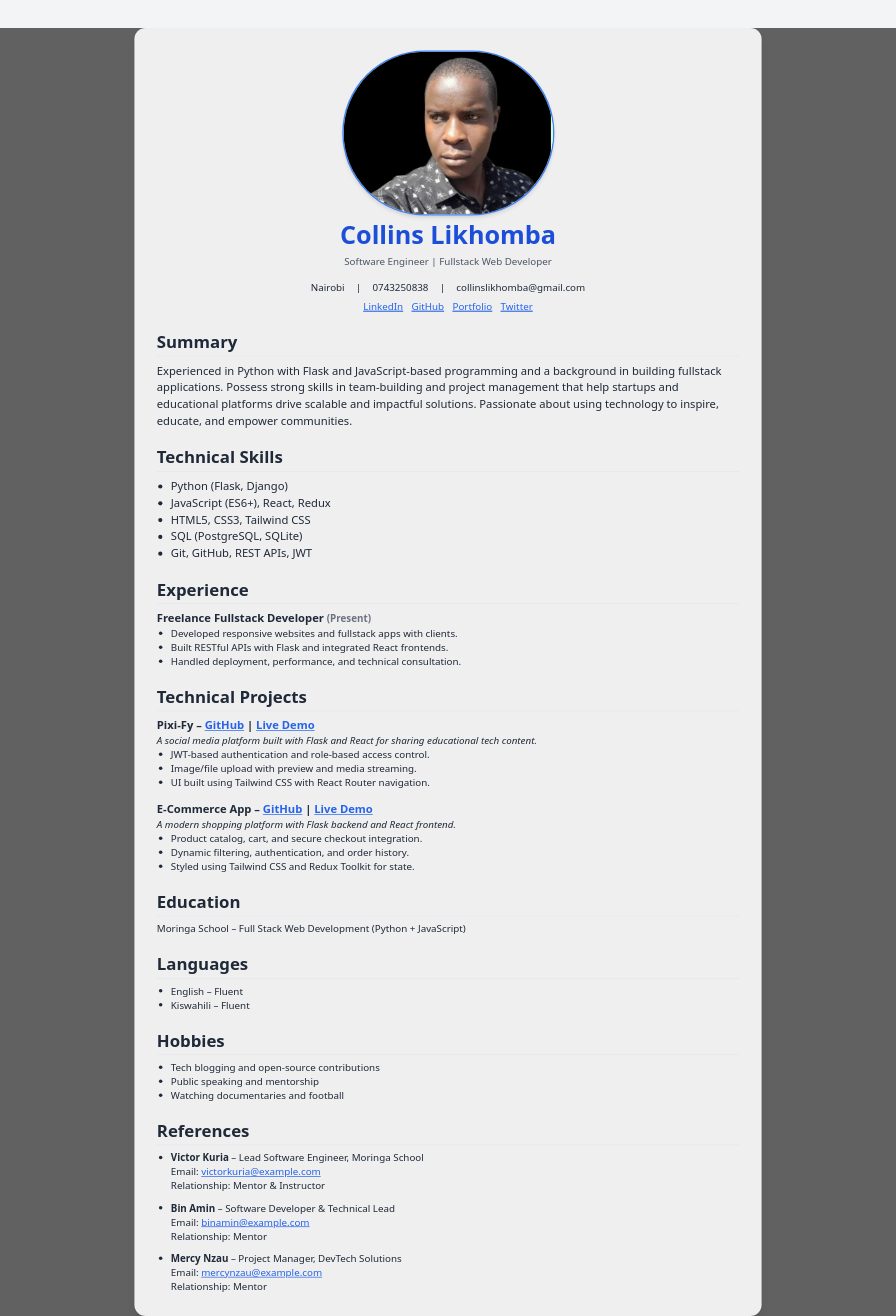
Repository: Engineer-collo/My_Cv
Page: /
An editor plug-in stored every save of this project. The page is shown before and after the next save, followed by the edit.
The browser window is 1280 px wide. The pictures show the whole page, at 70% of full size.
The project was rebuilt for these pictures with package versions that can differ from the ones it lists, and the page was loaded fresh each time. Also part of the build but not shown: vite.config.js.

Above is the page before, as saved 2025-06-24 17:49:10.

### index.html
<!DOCTYPE html>
<html lang="en">
<head>
  <meta charset="UTF-8">
  <meta name="viewport" content="width=device-width, initial-scale=1.0">
  <title>React Vite Starter</title>
</head>
<body class="bg-gray-100">
  <div id="root"></div>
  <script type="module" src="/src/main.jsx"></script>
</body>
</html>

### src/main.jsx
import React from 'react'
import ReactDOM from 'react-dom/client'
import './index.css'
import App from './App'

ReactDOM.createRoot(document.getElementById('root')).render(
  <React.StrictMode>
    <App />
  </React.StrictMode>,
)

### src/App.jsx
import React from "react";

export default function App() {
  return (
    <div className="min-h-screen relative bg-gray-100 bg-cover bg-center bg-no-repeat">
      {/* Background overlay */}
      <div className="absolute inset-0 bg-black bg-opacity-60"></div>

      {/* Main content container */}
      <div className="relative z-10 max-w-4xl mx-auto bg-white bg-opacity-90 rounded-2xl shadow-lg p-8 mt-10 text-gray-800 font-sans">
      <header className="text-center mb-6">
  <div className="flex flex-col items-center gap-2 mb-4">
    <img
      className="h-30 w-30 rounded-full object-cover border-2 border-blue-500 shadow-md"
      src="/image.png"
      alt="Engineer Collins Profile"
    />
    <h1 className="text-3xl md:text-4xl font-bold text-blue-700">
      Collins Likhomba
    </h1>
    <p className="text-sm text-gray-600">
      Software Engineer | Fullstack Web Developer
    </p>
  </div>

  <div className="flex justify-center mt-2 space-x-4 text-sm">
    <span>Nairobi</span>
    <span>|</span>
    <span>0743250838</span>
    <span>|</span>
    <span>collinslikhomba@gmail.com</span>
  </div>

  <div className="flex justify-center mt-2 flex-wrap gap-3 text-blue-600 underline text-sm">
    <a
      href="https://www.linkedin.com/in/collins-likhomba-7b364730a/"
      target="_blank"
      rel="noreferrer"
    >
      LinkedIn
    </a>
    <a
      href="https://github.com/Engineer-collo?tab=repositories"
      target="_blank"
      rel="noreferrer"
    >
      GitHub
    </a>
    <a
      href="https://portfolio-git-main-collins-likhombas-projects.vercel.app/"
      target="_blank"
      rel="noreferrer"
    >
      Portfolio
    </a>
    <a
      href="https://x.com/CollinsLikhomba"
      target="_blank"
      rel="noreferrer"
    >
      Twitter
    </a>
  </div>
</header>

        <section className="mb-6">
          <h2 className="text-2xl font-semibold border-b pb-1 mb-2">Summary</h2>
          <p>
            Experienced in Python with Flask and JavaScript-based programming and a background in building fullstack applications. Possess strong skills in team-building and project management that help startups and educational platforms drive scalable and impactful solutions. Passionate about using technology to inspire, educate, and empower communities.
          </p>
        </section>

        <section className="mb-6">
          <h2 className="text-2xl font-semibold border-b pb-1 mb-2">Technical Skills</h2>
          <ul className="list-disc pl-5">
            <li>Python (Flask, Django)</li>
            <li>JavaScript (ES6+), React, Redux</li>
            <li>HTML5, CSS3, Tailwind CSS</li>
            <li>SQL (PostgreSQL, SQLite)</li>
            <li>Git, GitHub, REST APIs, JWT</li>
          </ul>
        </section>

        <section className="mb-6">
          <h2 className="text-2xl font-semibold border-b pb-1 mb-2">Experience</h2>
          <div>
            <h3 className="font-semibold">Freelance Fullstack Developer <span className="text-sm text-gray-500">(Present)</span></h3>
            <ul className="list-disc pl-5 text-sm">
              <li>Developed responsive websites and fullstack apps with clients.</li>
              <li>Built RESTful APIs with Flask and integrated React frontends.</li>
              <li>Handled deployment, performance, and technical consultation.</li>
            </ul>
          </div>
        </section>

        <section className="mb-6">
          <h2 className="text-2xl font-semibold border-b pb-1 mb-2">Technical Projects</h2>

          {/* Pixi-Fy Project */}
          <div className="mb-4">
            <h3 className="font-semibold">
              Pixi-Fy –{" "}
              <a
                href="https://github.com/Engineer-collo/Pixi-fy"
                target="_blank"
                className="text-blue-600 underline"
                rel="noreferrer"
              >
                GitHub
              </a>
              {" | "}
              <a
                href="https://pixi-fy-hrmt.vercel.app/"
                target="_blank"
                className="text-blue-600 underline"
                rel="noreferrer"
              >
                Live Demo
              </a>
            </h3>
            <p className="text-sm italic">
              A social media platform built with Flask and React for sharing educational tech content.
            </p>
            <ul className="list-disc pl-5 text-sm">
              <li>JWT-based authentication and role-based access control.</li>
              <li>Image/file upload with preview and media streaming.</li>
              <li>UI built using Tailwind CSS with React Router navigation.</li>
            </ul>
          </div>

          {/* E-Commerce Project */}
          <div className="mb-4">
            <h3 className="font-semibold">
              E-Commerce App –{" "}
              <a
                href="https://github.com/Engineer-collo/Modern-Ecommerce-Application"
                target="_blank"
                className="text-blue-600 underline"
                rel="noreferrer"
              >
                GitHub
              </a>
              {" | "}
              <a
                href="https://modern-ecommerce-application-v2qd.vercel.app/"
                target="_blank"
                className="text-blue-600 underline"
                rel="noreferrer"
              >
                Live Demo
              </a>
            </h3>
            <p className="text-sm italic">
              A modern shopping platform with Flask backend and React frontend.
            </p>
            <ul className="list-disc pl-5 text-sm">
              <li>Product catalog, cart, and secure checkout integration.</li>
              <li>Dynamic filtering, authentication, and order history.</li>
              <li>Styled using Tailwind CSS and Redux Toolkit for state.</li>
            </ul>
          </div>
        </section>

        <section className="mb-6">
          <h2 className="text-2xl font-semibold border-b pb-1 mb-2">Education</h2>
          <p className="text-sm">Moringa School – Full Stack Web Development (Python + JavaScript)</p>
        </section>

        <section className="mb-6">
          <h2 className="text-2xl font-semibold border-b pb-1 mb-2">Languages</h2>
          <ul className="list-disc pl-5 text-sm">
            <li>English – Fluent</li>
            <li>Kiswahili – Fluent</li>
          </ul>
        </section>

        <section className="mb-6">
          <h2 className="text-2xl font-semibold border-b pb-1 mb-2">Hobbies</h2>
          <ul className="list-disc pl-5 text-sm">
            <li>Tech blogging and open-source contributions</li>
            <li>Public speaking and mentorship</li>
            <li>Watching documentaries and football</li>
          </ul>
        </section>

        <section>
          <h2 className="text-2xl font-semibold border-b pb-1 mb-2">References</h2>
          <ul className="text-sm list-disc pl-5 space-y-3">
            <li>
              <span className="font-semibold">Victor Kuria</span> – Lead Software Engineer, Moringa School<br />
              Email: <a href="mailto:victorkuria@example.com" className="text-blue-600 underline">victorkuria@example.com</a><br />
              Relationship: Mentor & Instructor
            </li>
            <li>
              <span className="font-semibold">Bin Amin</span> – Software Developer & Technical Lead<br />
              Email: <a href="mailto:binamin@example.com" className="text-blue-600 underline">binamin@example.com</a><br />
              Relationship: Mentor
            </li>
            <li>
              <span className="font-semibold">Mercy Nzau</span> – Project Manager, DevTech Solutions<br />
              Email: <a href="mailto:mercynzau@example.com" className="text-blue-600 underline">mercynzau@example.com</a><br />
              Relationship: Mentor
            </li>
          </ul>
        </section>
      </div>
    </div>
  );
}

Loaded but not shown: src/index.css (common file); tailwind.config.js (common file)

After the next save:
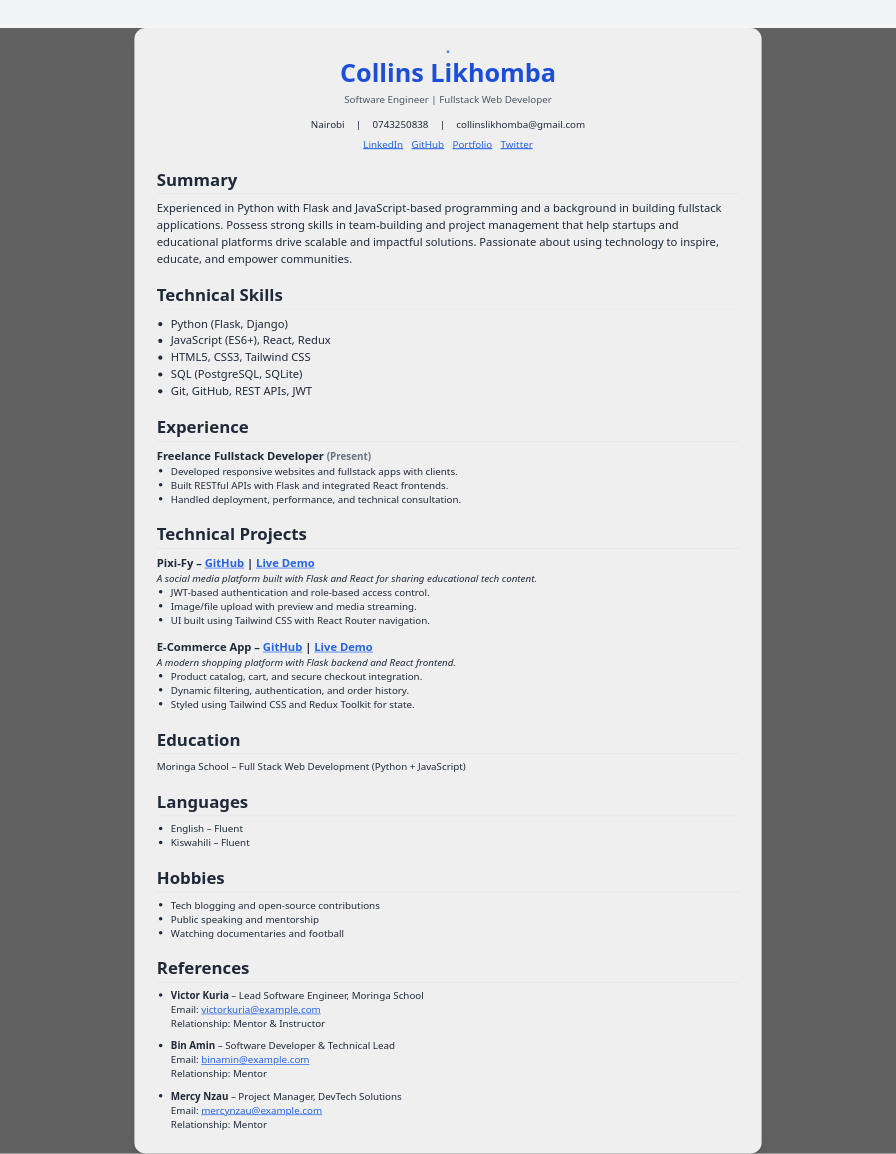
Saved 16 s later.
--- a/src/App.jsx
+++ b/src/App.jsx
@@ -11,7 +11,7 @@
       <header className="text-center mb-6">
   <div className="flex flex-col items-center gap-2 mb-4">
     <img
-      className="h-30 w-30 rounded-full object-cover border-2 border-blue-500 shadow-md"
+      className="h-30 w-0 rounded-full object-cover border-2 border-blue-500 shadow-md"
       src="/image.png"
       alt="Engineer Collins Profile"
     />

After the 3 saves that followed:
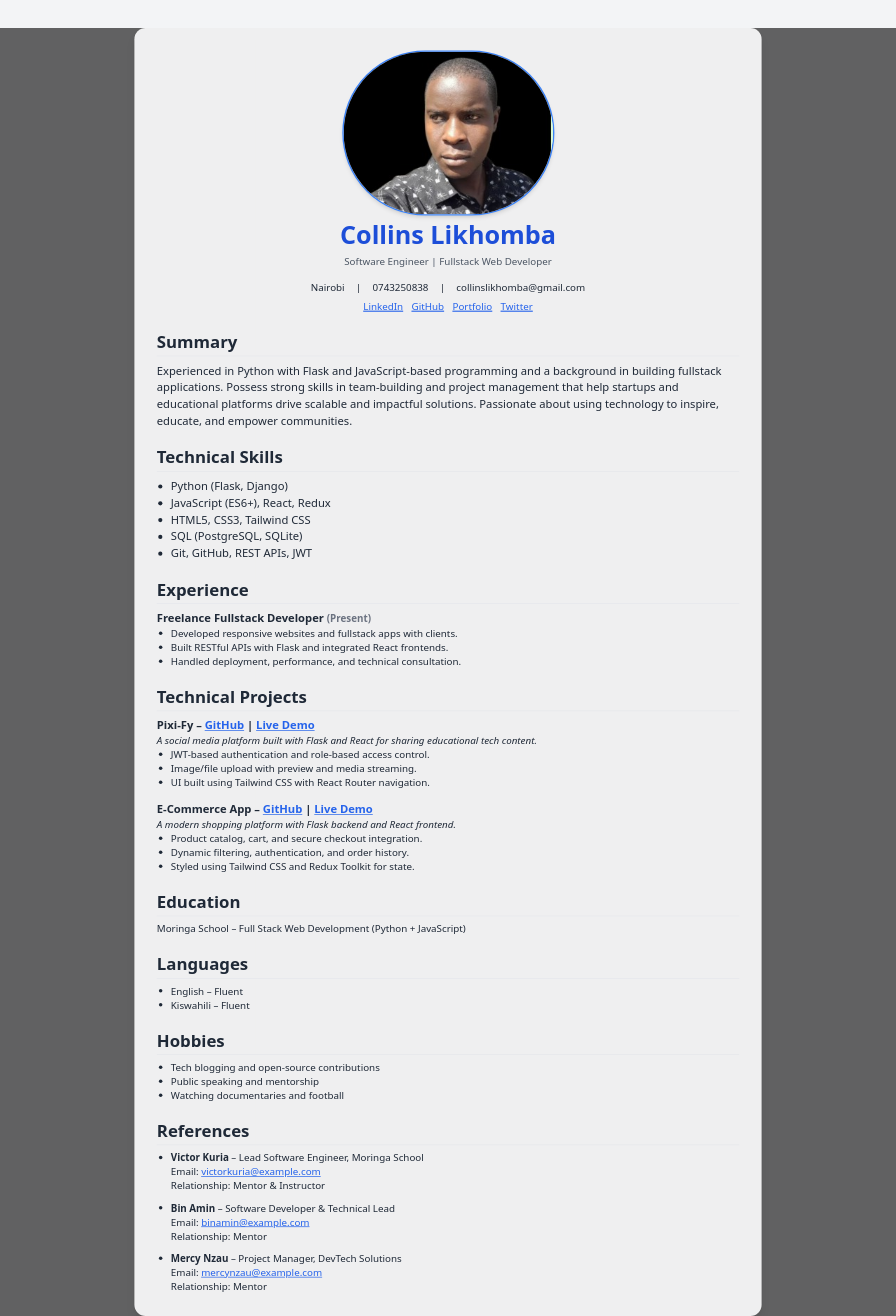
The 3 saves are shown as one change because they came seconds apart.
The last was saved 9 s later.
--- a/src/App.jsx
+++ b/src/App.jsx
@@ -11,7 +11,7 @@
       <header className="text-center mb-6">
   <div className="flex flex-col items-center gap-2 mb-4">
     <img
-      className="h-30 w-0 rounded-full object-cover border-2 border-blue-500 shadow-md"
+      className="h-25 w-25 rounded-full object-cover border-2 border-blue-500 shadow-md"
       src="/image.png"
       alt="Engineer Collins Profile"
     />
